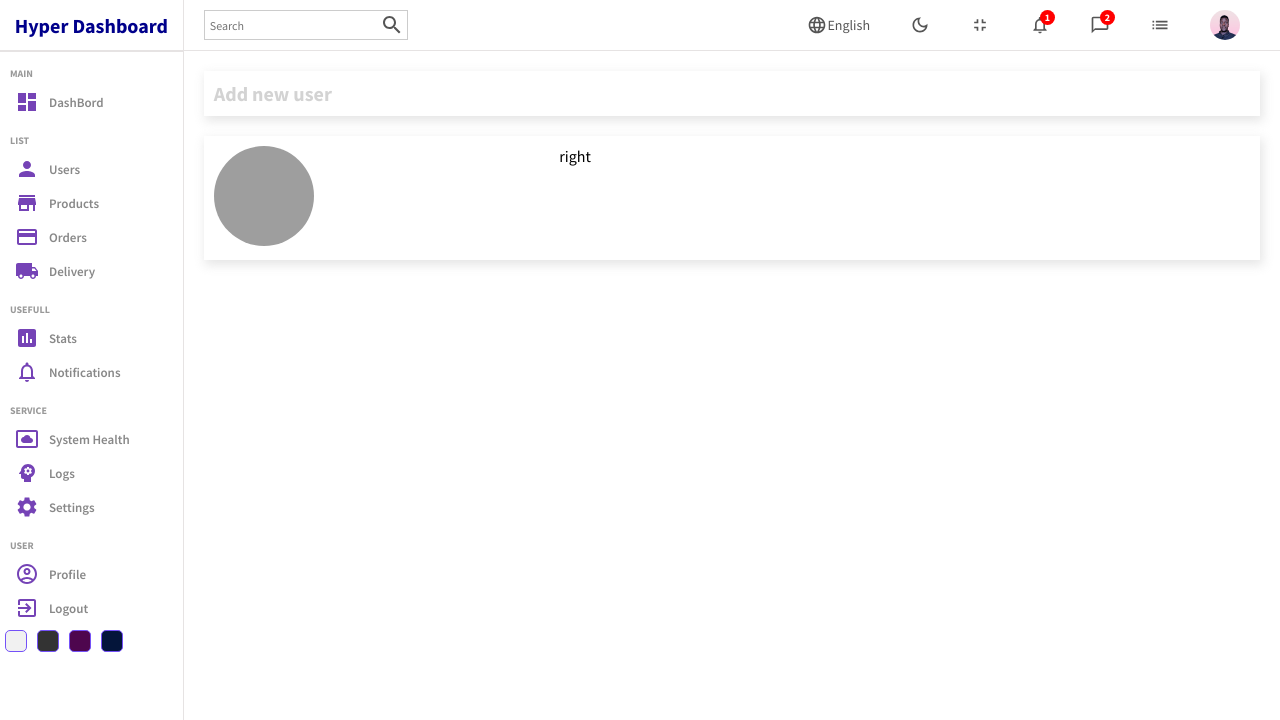
Repository: kenyi-mic/DashBoard
Page: /users/new
An editor plug-in stored every save of this project. The page is shown before and after the next save, followed by the edit.
The browser window is 1280 px wide. The pictures show the whole page.
Pictures or frames that could not be fetched are drawn as grey boxes. The project was rebuilt for these pictures with package versions that can differ from the ones it lists, and the page was loaded fresh each time. Also part of the build but not shown: src/pages/home/home.scss, src/pages/home/Home.jsx, src/pages/list/list.scss, src/components/datatable/datatable.scss, src/datatableSource.js, src/components/datatable/Datatable.jsx, src/pages/list/List.jsx, src/pages/single/single.scss and 6 more.

Above is the page before, as saved 2022-05-24 14:52:59.

### public/index.html
<!DOCTYPE html>
<html lang="en">

<head>
  <meta charset="utf-8" />
  <meta name="viewport" content="width=device-width, initial-scale=1" />
  <meta name="theme-color" content="#000000" />
  <meta name="description" content="Web site created using create-react-app" />
  <link rel="preconnect" href="https://fonts.googleapis.com">
  <link rel="preconnect" href="https://fonts.gstatic.com" crossorigin>
  <link
    href="https://fonts.googleapis.com/css2?family=Nunito:wght@200;300;400;500;600;700;800;900&family=Source+Sans+Pro:wght@200;300;400;600;700;900&display=swap"
    rel="stylesheet">
  <title>Hyper Dashboard</title>
  <style>
    * {
      margin: 0;
      font-family: 'Nunito', sans-serif;
      font-family: 'Source Sans Pro', sans-serif;
    }
  </style>
</head>

<body>
  <div id="root"></div>

</body>

</html>

### src/App.js
import { BrowserRouter, Routes, Route } from "react-router-dom";
import Home from "./pages/home/Home";
import List from "./pages/list/List";
import Single from "./pages/single/Single";
import New from "./pages/new/New";
import { Login } from "./pages/login/Login";

function App() {
  return (
    <div className="App">
      <BrowserRouter>
        <Routes>
          <Route path="/">
            <Route index element={<Home />} />
            <Route path="login" element={<Login />} />
            <Route path="users">
              <Route index element={<List />} />
              <Route path=":userId" element={<Single />} />
              <Route path="new" element={<New />} />
            </Route>
            <Route path="products">
              <Route index element={<List />} />
              <Route path=":productId" element={<Single />} />
              <Route path="new" element={<New />} />
            </Route>
          </Route>
        </Routes>
      </BrowserRouter>
    </div>
  );
}

export default App;

### src/pages/new/New.jsx
import React from "react";
import "./new.scss";
import Header from "../../components/Header/Header";
import Sidebar from "../../components/sidebar/Sidebar";

const New = () => {
  return (
    <div className="new">
      <Sidebar />
      <div className="newContainer">
        <Header />
        <div className="top">
          <h1>Add new user</h1>
        </div>
        <div className="bottom">
          <div className="left">
            <img
              src="https://icon-library.com/images/no-image-icon/no-image-icon-0.jpg"
              alt=""
            />
          </div>
          <div className="right">right</div>
        </div>
      </div>
    </div>
  );
};

export default New;

### src/components/Header/Header.jsx
import React from "react";
import "./header.scss";
import {
  Search,
  DarkModeOutlined,
  LanguageOutlined,
  FullscreenExitOutlined,
  ChatBubbleOutlineOutlined,
  ListOutlined,
  NotificationsNoneOutlined,
} from "@mui/icons-material";

function Header() {
  return (
    <div className="header">
      <div className="wrapper">
        <div className="search">
          <input type="text" className="searchInput" placeholder="Search" />
          <Search />
        </div>
        <div className="items">
          <div className="item">
            <LanguageOutlined className="icon" />
            English
          </div>
          <div className="item">
            <DarkModeOutlined className="icon" />
          </div>
          <div className="item">
            <FullscreenExitOutlined className="icon" />
          </div>
          <div className="item">
            <NotificationsNoneOutlined className="icon" />
            <div className="counter">1</div>
          </div>
          <div className="item">
            <ChatBubbleOutlineOutlined className="icon" />
            <div className="counter">2</div>
          </div>
          <div className="item">
            <ListOutlined className="icon" />
          </div>
          <div className="item">
            <img src="./image/mike.png" alt="" className="avatar" />
          </div>
        </div>
      </div>
    </div>
  );
}

export default Header;

### src/components/sidebar/Sidebar.jsx
import React from "react";
import "./sidebar.scss";
import {
  Dashboard,
  Person,
  Store,
  LocalShipping,
  Payment,
  InsertChart,
  NotificationsNone,
  SettingsSystemDaydream,
  Psychology,
  Settings,
  AccountCircleOutlined,
  ExitToAppOutlined,
} from "@mui/icons-material";

function Sidebar() {
  return (
    <div className="sidebar">
      <div className="top">
        <span className="logo">Hyper Dashboard</span>
      </div>
      <hr className="ruler" />
      <div className="center">
        <ul className="list-group">
          <p className="title">MAIN</p>
          <li>
            <Dashboard className="icon" />
            <span>DashBord</span>
          </li>
          <p className="title">LIST</p>
          <li>
            <Person className="icon" />
            <span>Users</span>
          </li>
          <li>
            <Store className="icon" />
            <span>Products</span>
          </li>
          <li>
            <Payment className="icon" />
            <span>Orders</span>
          </li>
          <li>
            <LocalShipping className="icon" />
            <span>Delivery</span>
          </li>
          <p className="title">USEFULL</p>
          <li>
            <InsertChart className="icon" />
            <span>Stats</span>
          </li>
          <li>
            <NotificationsNone className="icon" />
            <span>Notifications</span>
          </li>
          <p className="title">SERVICE</p>
          <li>
            <SettingsSystemDaydream className="icon" />
            <span>System Health</span>
          </li>
          <li>
            <Psychology className="icon" />
            <span>Logs</span>
          </li>
          <li>
            <Settings className="icon" />
            <span>Settings</span>
          </li>
          <p className="title">USER</p>
          <li>
            <AccountCircleOutlined className="icon" />
            <span>Profile</span>
          </li>
          <li>
            <ExitToAppOutlined className="icon" />
            <span>Logout</span>
          </li>
        </ul>
      </div>
      <div className="bottom">
        <div className="colorOption"></div>
        <div className="colorOption"></div>
        <div className="colorOption"></div>
        <div className="colorOption"></div>
      </div>
    </div>
  );
}

export default Sidebar;

### src/pages/new/new.scss
.new {
    display: flex;
    width: 100%;

    .newContainer {

        flex: 6;

        .top,
        .bottom {
            -webkit-box-shadow: 2px 4px 10px 1px rgba(0, 0, 0, 0.47);
            box-shadow: 2px 4px 10px 1px rgba(201, 201, 201, 0.47);
            padding: 10px;
            margin: 20px;
            display: flex;

            h1 {
                color: lightgrey;
                font-size: 20px;
            }

            .left {
                flex: 1;


                img {
                    width: 100px;
                    height: 100px;
                    border-radius: 50%;


                }
            }

            .right {
                flex: 2;


            }
        }
    }
}

### src/components/Header/header.scss
.header{
    height:50px;
    display: flex;
    justify-content: space-between;
    align-items:center;
    border-bottom: 0.5px solid rgb(230, 227, 227);
    font-size: 14px;
    color:#555;
    .wrapper{
        display:flex;
        justify-content: space-between;
        align-items:center;
        width: 100%;
        padding:20px;
        .search{
            display: flex;
            justify-content:center;
            align-items:center;
            border: 0.5px solid #ccc;
            padding: 2px 3px;
            .searchInput{
                border:none;
                outline: none;
                background-color: transparent;
                &::placeholder{
                    font-size:12px;
                }
            }
        }
        .items{
            display: flex;
            align-items: center;
            justify-content:center;
            .item{
                display: flex;
                align-items: center;
                justify-content: center;
                margin: 0px 20px;
                position: relative;
                cursor: pointer;

                .icon{
                    font-size:20px;
                }
                .avatar{
                    width: 30px;
                    height: 30px;
                    border-radius: 50%;
                }
                .counter{
                    width: 15px;
                    height: 15px;
                    background-color: red;
                    color:white;
                    border-radius: 50%;
                    display: flex;
                    font-size: 10px;
                    font-weight: bold;
                    align-items: center;
                    justify-content: center;
                    position:absolute;
                    top: -5px;
                    right: -5px;
                }
            }




        }
    }
}

### src/components/sidebar/sidebar.scss
.sidebar{
    flex: 1;
    border-right: 0.5px solid rgb(230, 227, 227);
    min-height: 100vh;
    background-color:white !important;
    .top{
        height:50px;
        display: flex;
        align-items: center;
        justify-content: center;
        .logo{
            font-size: 20px;
            font-weight: bold;
            color: darkblue;
        }
    }
    hr{
        height: 0px;
        border: 0.5px solid rgb(230, 227, 227);
    }

    .center{
        padding-left: 10px;
        ul{
            list-style: none;
            margin: 0px;
            padding: 0px;
            .title{
                font-size:10px;
                font-weight:bold;
                color:#999;
                margin-top: 15px;
                margin-bottom:5px;
            }
            li{
                display: flex;
                align-items: center;
                padding: 5px;
                &:hover{
                    background-color:rgb(212, 212, 224);
                }
                .icon{
                    font: size 18px;
                    color: rgb(117, 67, 182)

                }
                span{
                    font-size:13px;
                    font-weight: 600;
                    color:#888;
                    margin-left:10px;
                }
            }
        }
    }
    .bottom{
        display: flex;
        .colorOption{
            width: 20px;
            height:20px;
            border-radius:5px;
            border: 1px solid #7451f8;
            cursor: pointer;
            margin: 5px;
            &:nth-child(1){
                background-color: #f1f1f1;
            }
            &:nth-child(2){
                background-color: #333;
            }
            &:nth-child(3){
                background-color: #4e064e;
            }
            &:nth-child(4){
                background-color: #04153a;
            }
        }
    }
}

Loaded but not shown: src/index.js (common file); src/pages/login/login.scss (no stored copy; drawn as an empty file)

After the next save:
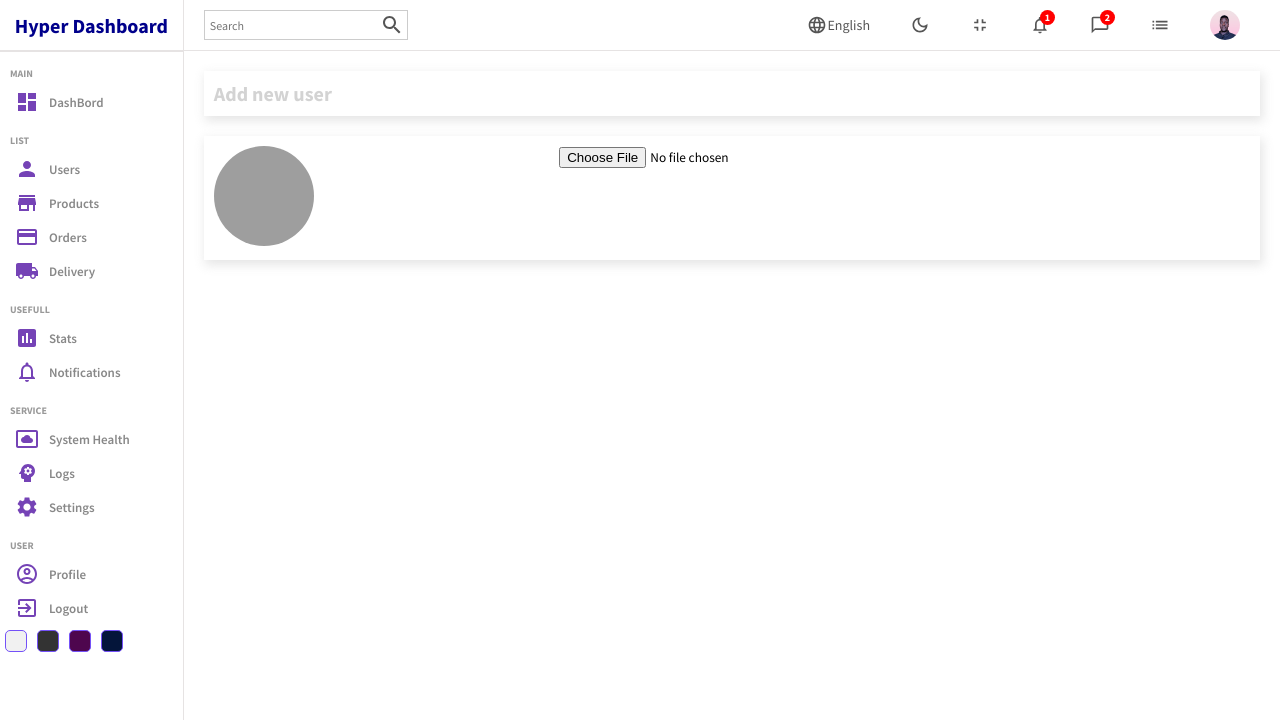
Saved 2 min 11 s later.
--- a/src/pages/new/New.jsx
+++ b/src/pages/new/New.jsx
@@ -19,7 +19,14 @@ const New = () => {
               alt=""
             />
           </div>
-          <div className="right">right</div>
+          <div className="right">
+            <form>
+              <div className="formInput">
+                <label htmlFor="img"></label>
+                <input type="file" />
+              </div>
+            </form>
+          </div>
         </div>
       </div>
     </div>
